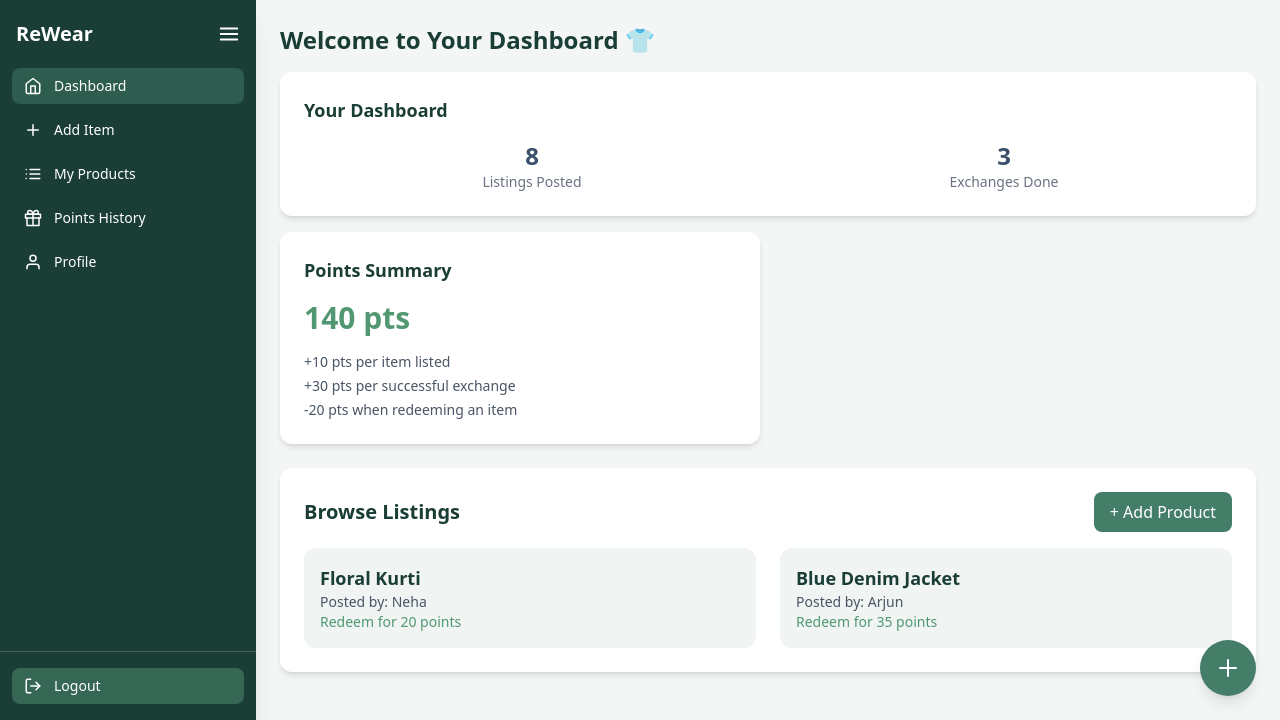
Repository: Swastikkkkk/vv
Page: /user (app in OneDrive/Desktop/Yuzichahal/frontend/)
An editor plug-in stored every save of this project. The page is shown before and after the next save, followed by the edit.
The browser window is 1280 px wide. The pictures show the whole page.
The page's requests for data from a server got no answer. The project was rebuilt for these pictures with package versions that can differ from the ones it lists, and the page was loaded fresh each time. No one was signed in, and anything a server would have sent is missing. Also part of the build but not shown: OneDrive/Desktop/Yuzichahal/frontend/vite.config.js, OneDrive/Desktop/Yuzichahal/frontend/src/components/Navbar.jsx, OneDrive/Desktop/Yuzichahal/frontend/src/components/Herosection.jsx, OneDrive/Desktop/Yuzichahal/frontend/src/components/FirebaseConfig.js, OneDrive/Desktop/Yuzichahal/frontend/src/components/CategoriesSection.jsx, OneDrive/Desktop/Yuzichahal/frontend/src/components/Footer.jsx, OneDrive/Desktop/Yuzichahal/frontend/src/components/LandingPage.jsx, OneDrive/Desktop/Yuzichahal/frontend/src/components/Signup.jsx and 6 more.

Above is the page before, as saved 2025-07-12 11:34:06.

### OneDrive/Desktop/Yuzichahal/frontend/src/App.jsx
// import React from 'react';
// import { BrowserRouter as Router, Routes, Route } from 'react-router-dom';

// // Public
// import LandingPage from './components/LandingPage';
// import Signup from './components/Signup';
// import Login from './components/Login';

// // Protected (to build separately)
// import UserDashboard from './components/user/UserDashboard';
// import AdminDashboard from './components/admin/AdminDashboard';
// import AddListing from './components/user/AddListing';
// import ProductDetail from './components/ProductDetail';
// import PointsHistory from './components/user/PointsHistory';
// import NotFound from './components/NotFound';

// const App = () => {
//   return (
//     <Router>
//       <Routes>
//         {/* Public Routes */}
//         <Route path="/" element={<LandingPage />} />
//         <Route path="/signup" element={<Signup />} />
//         <Route path="/login" element={<Login />} />

//         {/* User Routes */}
//         <Route path="/user" element={<UserDashboard />} />
//         <Route path="/user/add" element={<AddListing />} />
//         <Route path="/user/points" element={<PointsHistory />} />

//         {/* Admin Routes */}
//         <Route path="/admin" element={<AdminDashboard />} />

//         {/* Product Details (accessible by both roles) */}
//         <Route path="/product/:productId" element={<ProductDetail />} />

//         {/* Catch-All */}
//         <Route path="*" element={<NotFound />} />
//       </Routes>
//     </Router>
//   );
// };

// export default App;
// src/App.js
import React from 'react';
import { BrowserRouter as Router, Routes, Route } from 'react-router-dom';

// Public
import LandingPage from './components/LandingPage';
import Signup from './components/Signup';
import Login from './components/Login';

// User
import UserDashboard from './components/user/UserDashboard';
import AddListing from './components/user/AddListing';
import PointsHistory from './components/user/PointsHistory';

// Admin
import AdminDashboard from './components/admin/AdminDashboard';

// Shared
import ProductDetail from './components/ProductDetail';
import NotFound from './components/NotFound';

const App = () => {
  return (
    <Router>
      <Routes>
        {/* Public */}
        <Route path="/" element={<LandingPage />} />
        <Route path="/signup" element={<Signup />} />
        <Route path="/login" element={<Login />} />

        {/* User Routes */}
        <Route path="/user" element={<UserDashboard />} />
        <Route path="/user/add" element={<AddListing />} />
        <Route path="/user/points" element={<PointsHistory />} />

        {/* Admin Routes */}
        <Route path="/admin" element={<AdminDashboard />} />

        {/* Shared */}
        <Route path="/product/:productId" element={<ProductDetail />} />

        {/* Fallback */}
        <Route path="*" element={<NotFound />} />
      </Routes>
    </Router>
  );
};

export default App;

### OneDrive/Desktop/Yuzichahal/frontend/src/components/user/UserDashboard.jsx
import React from 'react';
import Sidebar from './Sidebar';
import ProductFeed from './ProductFeed';
import ProfileDashboard from './ProfileDashboard';
import PointsPanel from './PointsPanel';
import { useNavigate } from 'react-router-dom';

const UserDashboard = () => {
  const navigate = useNavigate();

  return (
    <div className="min-h-screen flex bg-[#f3f6f5]">
      {/* Sidebar */}
      <Sidebar />

      {/* Main content */}
      <div className="flex-1 p-6 overflow-y-auto">
        {/* Greeting */}
        <h1 className="text-2xl font-semibold text-[#1a3d35] mb-4">Welcome to Your Dashboard 👕</h1>

        {/* Stats and Points Overview */}
        <div className="grid grid-cols-1 md:grid-cols-2 gap-4 mb-6">
          <ProfileDashboard />
          <PointsPanel />
        </div>

        {/* Product Feed */}
        <ProductFeed />

        {/* Floating Add Button */}
        <button
          onClick={() => navigate('/user/add')}
          className="fixed bottom-6 right-6 bg-[#447d68] text-white p-4 rounded-full shadow-lg hover:bg-[#366755] transition"
          title="Add new item"
        >
          <svg xmlns="http://www.w3.org/2000/svg" className="w-6 h-6" fill="none"
            viewBox="0 0 24 24" stroke="currentColor" strokeWidth="2">
            <path strokeLinecap="round" strokeLinejoin="round" d="M12 4v16m8-8H4" />
          </svg>
        </button>
      </div>
    </div>
  );
};

export default UserDashboard;

### OneDrive/Desktop/Yuzichahal/frontend/src/components/ImpactSection.jsx
import React from 'react';
import CountUp from 'react-countup';
import { FaTint, FaPeopleCarry, FaLeaf } from 'react-icons/fa';

const impacts = [
  {
    icon: <FaTint className="text-[#2b7a78] text-5xl mb-4" />,
    label: 'Liters of Water Saved',
    value: 20000,
    suffix: 'L',
    color: 'text-[#2b7a78]',
  },
  {
    icon: <FaPeopleCarry className="text-[#3a506b] text-5xl mb-4" />,
    label: 'People Helped',
    value: 500,
    suffix: '+',
    color: 'text-[#3a506b]',
  },
  {
    icon: <FaLeaf className="text-[#519872] text-5xl mb-4" />,
    label: 'Environmental Wins',
    value: 120,
    suffix: '+',
    color: 'text-[#519872]',
  },
];

const ImpactSection = () => {
  return (
    <section className="bg-white py-20 px-4 w-full">
      <div className="max-w-6xl mx-auto text-center">
        <h2 className="text-4xl font-bold text-[#1a3d35] mb-12">Our Impact So Far</h2>

        <div className="grid grid-cols-1 md:grid-cols-3 gap-8">
          {impacts.map((impact, index) => (
            <div
              key={index}
              className="bg-[#f0f4f3] rounded-2xl p-8 shadow-md hover:shadow-xl transition duration-300"
            >
              <div className="flex justify-center">{impact.icon}</div>
              <h3 className={`text-3xl font-bold mt-4 ${impact.color}`}>
                <CountUp end={impact.value} duration={2} />{impact.suffix}
              </h3>
              <p className="mt-2 text-[#1a3d35] font-medium">{impact.label}</p>
            </div>
          ))}
        </div>
      </div>
    </section>
  );
};

export default ImpactSection;

### OneDrive/Desktop/Yuzichahal/frontend/src/components/user/Sidebar.jsx
import React, { useState } from 'react';
import { NavLink, useNavigate } from 'react-router-dom';
import {
  FiMenu,
  FiLogOut,
  FiPlus,
  FiUser,
  FiHome,
  FiList,
  FiGift
} from 'react-icons/fi';

const Sidebar = () => {
  const navigate = useNavigate();
  const [collapsed, setCollapsed] = useState(false);

  const navItems = [
    { label: 'Dashboard', path: '/user', icon: <FiHome /> },
    { label: 'Add Item', path: '/user/add', icon: <FiPlus /> },
    { label: 'My Products', path: '/user/my-products', icon: <FiList /> },
    { label: 'Points History', path: '/user/points', icon: <FiGift /> },
    { label: 'Profile', path: '/user/profile', icon: <FiUser /> }
  ];

  const handleLogout = () => {
    // TODO: Add Firebase logout
    navigate('/login');
  };

  return (
    <div
      className={`h-screen bg-[#1a3d35] text-white shadow-xl flex flex-col justify-between transition-all duration-300 ease-in-out ${
        collapsed ? 'w-20' : 'w-64'
      }`}
    >
      {/* Top Section */}
      <div>
        {/* Logo & Collapse Toggle */}
        <div className="flex items-center justify-between px-4 py-5">
          {!collapsed && <h2 className="text-xl font-bold">ReWear</h2>}
          <button
            onClick={() => setCollapsed(!collapsed)}
            className="text-white focus:outline-none transition-transform duration-200"
          >
            <FiMenu size={22} className="hover:scale-110" />
          </button>
        </div>

        {/* Navigation Links */}
        <nav className="px-3 space-y-2">
          {navItems.map((item) => (
            <NavLink
              key={item.path}
              to={item.path}
              className={({ isActive }) =>
                `flex items-center gap-3 px-3 py-2 rounded-lg text-sm font-medium transition-all duration-200 ${
                  isActive ? 'bg-[#2e5c4f]' : 'hover:bg-[#2e5c4f]/70'
                }`
              }
            >
              <span className="text-lg">{item.icon}</span>
              {!collapsed && <span>{item.label}</span>}
            </NavLink>
          ))}
        </nav>
      </div>

      {/* Logout Section */}
      <div className="px-3 py-4 border-t border-white/20">
        <button
          onClick={handleLogout}
          className="w-full flex items-center gap-3 py-2 px-3 text-sm font-medium rounded-lg bg-[#366755] hover:bg-[#2f5c4d] transition"
        >
          <FiLogOut className="text-lg" />
          {!collapsed && <span>Logout</span>}
        </button>
      </div>
    </div>
  );
};

export default Sidebar;

### OneDrive/Desktop/Yuzichahal/frontend/src/components/user/ProductFeed.jsx
import React from 'react';

const dummyProducts = [
  { title: 'Floral Kurti', owner: 'Neha', points: 20 },
  { title: 'Blue Denim Jacket', owner: 'Arjun', points: 35 },
];

const ProductFeed = () => {
  return (
    <section className="bg-white p-6 rounded-xl shadow-md">
      <div className="flex justify-between items-center mb-4">
        <h2 className="text-xl font-semibold text-[#1a3d35]">Browse Listings</h2>
        <button className="bg-[#447d68] text-white px-4 py-2 rounded-lg hover:bg-[#366755]">+ Add Product</button>
      </div>
      <div className="grid md:grid-cols-2 gap-6">
        {dummyProducts.map((item, index) => (
          <div key={index} className="p-4 bg-[#f0f4f3] rounded-xl">
            <h3 className="font-semibold text-lg text-[#1a3d35]">{item.title}</h3>
            <p className="text-sm text-gray-600">Posted by: {item.owner}</p>
            <p className="text-sm text-[#519872]">Redeem for {item.points} points</p>
          </div>
        ))}
      </div>
    </section>
  );
};

export default ProductFeed;

### OneDrive/Desktop/Yuzichahal/frontend/src/components/user/ProfileDashboard.jsx
import React from 'react';

const ProfileDashboard = () => {
  return (
    <div className="col-span-2 md:col-span-2 bg-white p-6 rounded-xl shadow-md">
      <h2 className="text-lg font-semibold text-[#1a3d35] mb-4">Your Dashboard</h2>
      <div className="grid grid-cols-2 gap-4">
        <div className="text-center">
          <p className="text-2xl font-bold text-[#3a506b]">8</p>
          <p className="text-sm text-gray-500">Listings Posted</p>
        </div>
        <div className="text-center">
          <p className="text-2xl font-bold text-[#3a506b]">3</p>
          <p className="text-sm text-gray-500">Exchanges Done</p>
        </div>
      </div>
    </div>
  );
};

export default ProfileDashboard;

### OneDrive/Desktop/Yuzichahal/frontend/src/components/user/PointsPanel.jsx
import React from 'react';

const PointsPanel = () => {
  const points = 140;

  return (
    <div className="col-span-1 md:col-span-1 bg-white p-6 rounded-xl shadow-md">
      <h2 className="text-lg font-semibold text-[#1a3d35] mb-4">Points Summary</h2>
      <p className="text-3xl font-bold text-[#519872]">{points} pts</p>
      <ul className="text-sm text-gray-600 mt-4 space-y-1">
        <li>+10 pts per item listed</li>
        <li>+30 pts per successful exchange</li>
        <li>-20 pts when redeeming an item</li>
      </ul>
    </div>
  );
};

export default PointsPanel;

Loaded but not shown: OneDrive/Desktop/Yuzichahal/frontend/index.html (common file); OneDrive/Desktop/Yuzichahal/frontend/src/App.css (common file); OneDrive/Desktop/Yuzichahal/frontend/src/main.jsx (common file)

After the next save:
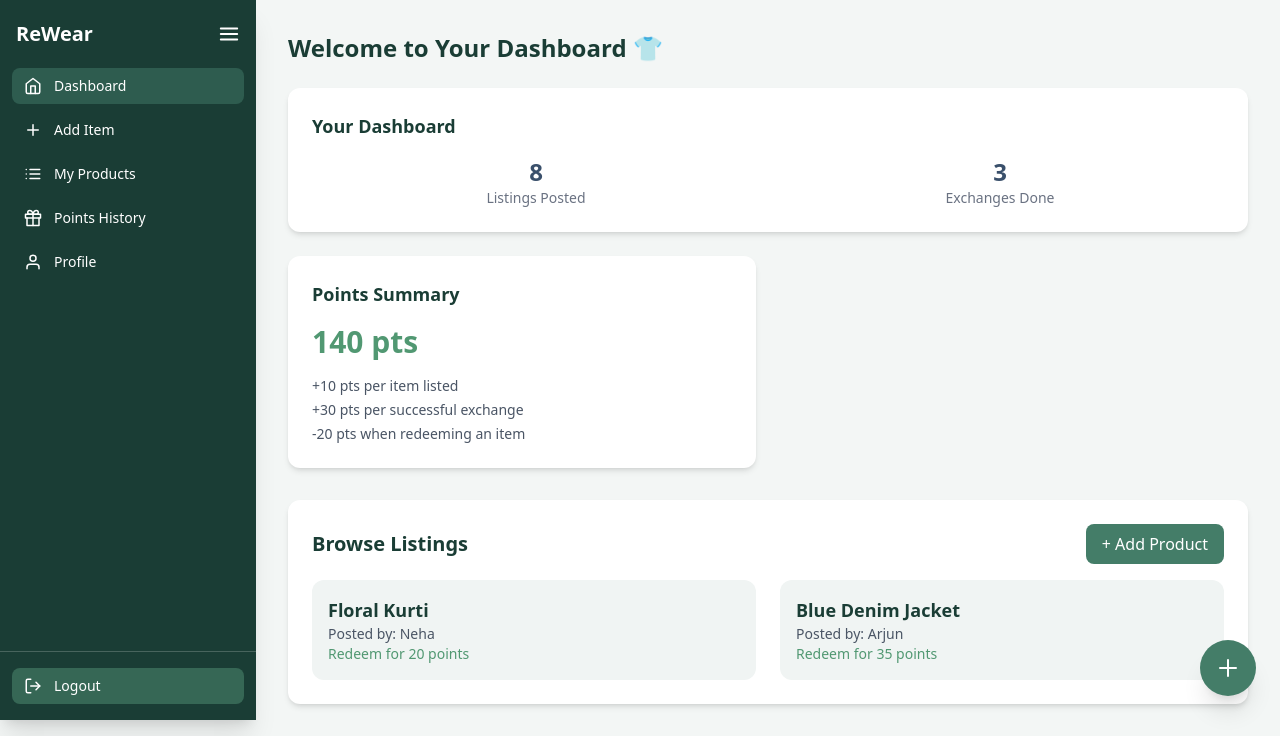
Saved 27 s later.
--- a/OneDrive/Desktop/Yuzichahal/frontend/src/components/user/UserDashboard.jsx
+++ b/OneDrive/Desktop/Yuzichahal/frontend/src/components/user/UserDashboard.jsx
@@ -1,25 +1,27 @@
 import React from 'react';
+import { useNavigate } from 'react-router-dom';
 import Sidebar from './Sidebar';
 import ProductFeed from './ProductFeed';
 import ProfileDashboard from './ProfileDashboard';
 import PointsPanel from './PointsPanel';
-import { useNavigate } from 'react-router-dom';
 
 const UserDashboard = () => {
   const navigate = useNavigate();
 
   return (
-    <div className="min-h-screen flex bg-[#f3f6f5]">
+    <div className="min-h-screen flex bg-[#f3f6f5] overflow-x-hidden">
       {/* Sidebar */}
       <Sidebar />
 
-      {/* Main content */}
-      <div className="flex-1 p-6 overflow-y-auto">
+      {/* Main Content */}
+      <div className="flex-1 p-6 sm:p-8 overflow-y-auto">
         {/* Greeting */}
-        <h1 className="text-2xl font-semibold text-[#1a3d35] mb-4">Welcome to Your Dashboard 👕</h1>
+        <h1 className="text-2xl font-semibold text-[#1a3d35] mb-6">
+          Welcome to Your Dashboard 👕
+        </h1>
 
-        {/* Stats and Points Overview */}
-        <div className="grid grid-cols-1 md:grid-cols-2 gap-4 mb-6">
+        {/* Dashboard Cards */}
+        <div className="grid grid-cols-1 md:grid-cols-2 gap-6 mb-8">
           <ProfileDashboard />
           <PointsPanel />
         </div>
@@ -30,11 +32,18 @@ const UserDashboard = () => {
         {/* Floating Add Button */}
         <button
           onClick={() => navigate('/user/add')}
-          className="fixed bottom-6 right-6 bg-[#447d68] text-white p-4 rounded-full shadow-lg hover:bg-[#366755] transition"
+          className="fixed bottom-6 right-6 bg-[#447d68] text-white p-4 rounded-full shadow-xl hover:bg-[#366755] transition duration-300"
           title="Add new item"
+          aria-label="Add new item"
         >
-          <svg xmlns="http://www.w3.org/2000/svg" className="w-6 h-6" fill="none"
-            viewBox="0 0 24 24" stroke="currentColor" strokeWidth="2">
+          <svg
+            xmlns="http://www.w3.org/2000/svg"
+            className="w-6 h-6"
+            fill="none"
+            viewBox="0 0 24 24"
+            stroke="currentColor"
+            strokeWidth="2"
+          >
             <path strokeLinecap="round" strokeLinejoin="round" d="M12 4v16m8-8H4" />
           </svg>
         </button>
